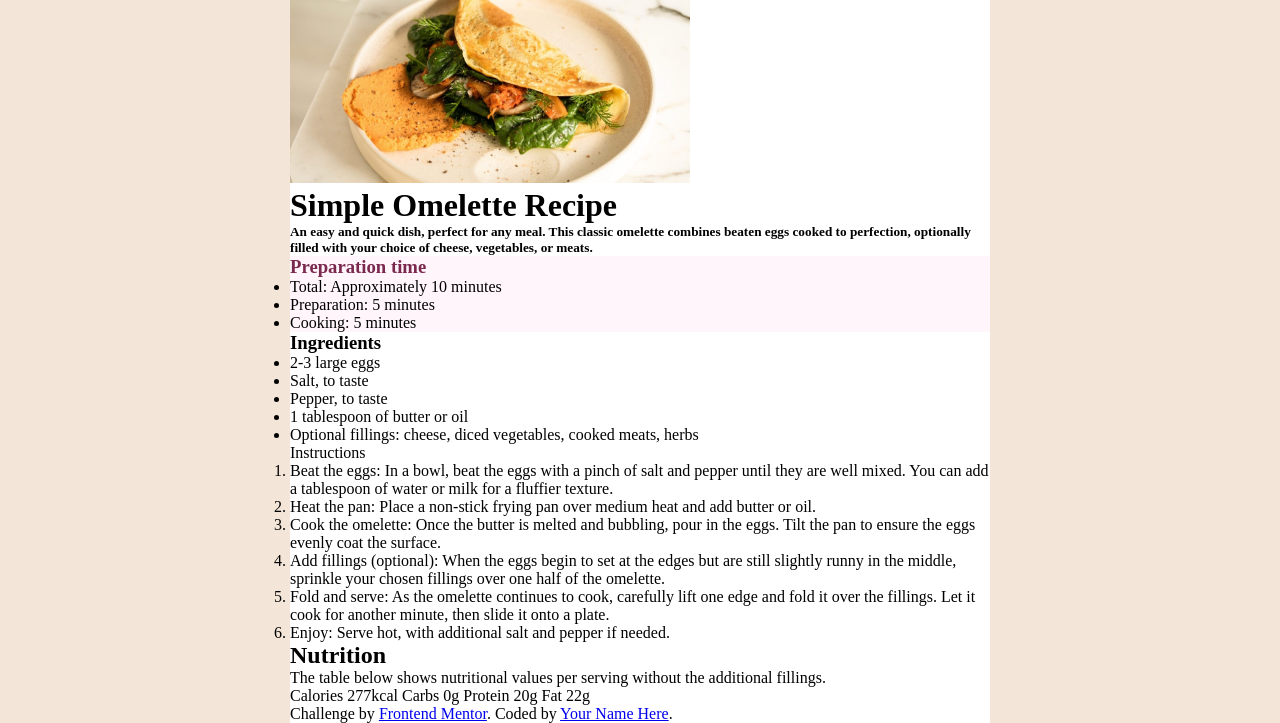
Repository: sodmaq/recipe-page-
Page: index.html
The author's editor kept a copy of each file at every save. The page is drawn from the files as they stood at one save, then again after the next save.
The browser window is 1280 px wide. The pictures show the whole page.

Above is the page before, as saved 2024-09-07 19:03:13.

After the next save:
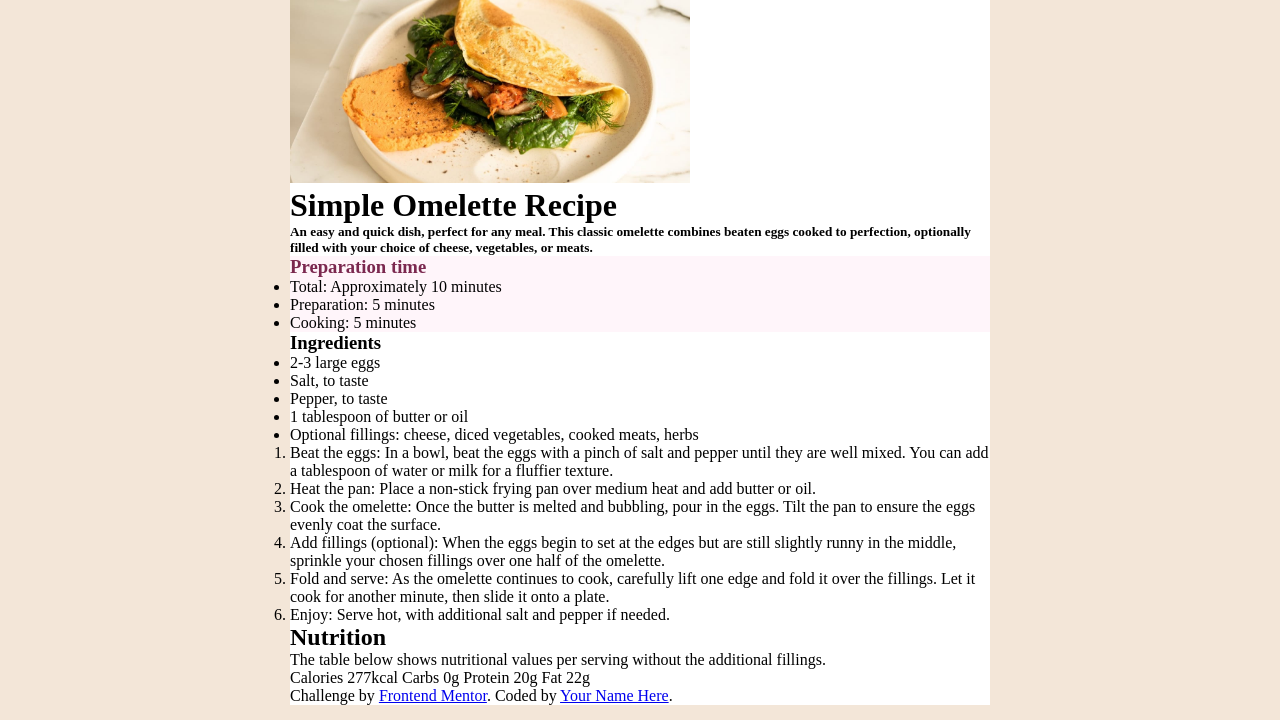
Saved 111 s later.
--- a/index.html
+++ b/index.html
@@ -56,7 +56,8 @@
             Optional fillings: cheese, diced vegetables, cooked meats, herbs
           </li>
         </ul>
-        <p>Instructions</p>
+
+        <p><h3></h3></p>
 
         <ol>
           <li>
